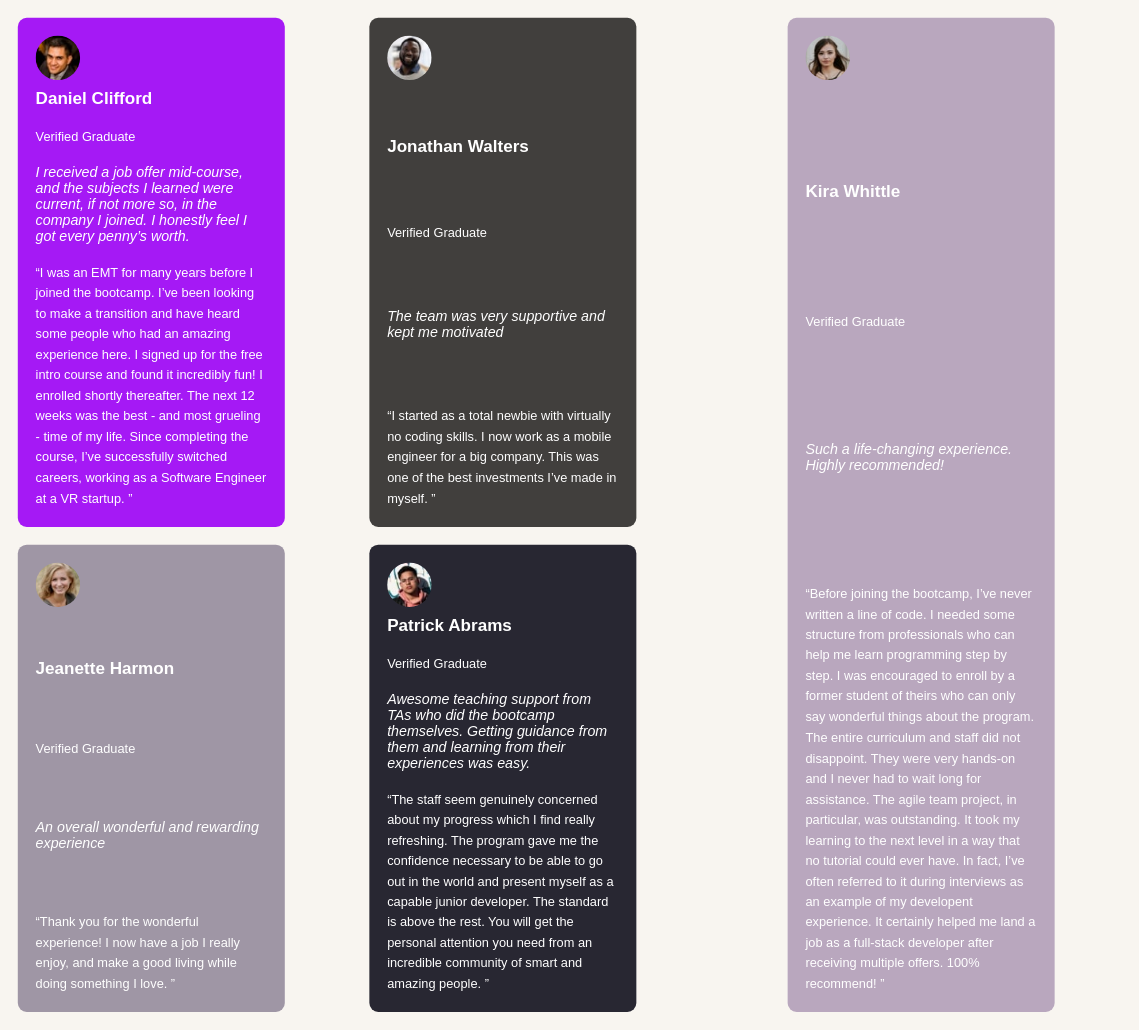
Repository: MagedElRefaey/Grid-Project
Page: Task.html
These files come from the project's save history. The page is drawn as it stood at one moment and after a run of saves; the edit follows.
The browser window is 1280 px wide. The pictures show the whole page, at 89% of full size.

Above is the page before, as saved 2024-09-13 23:09:50.

After the next 2 saves:
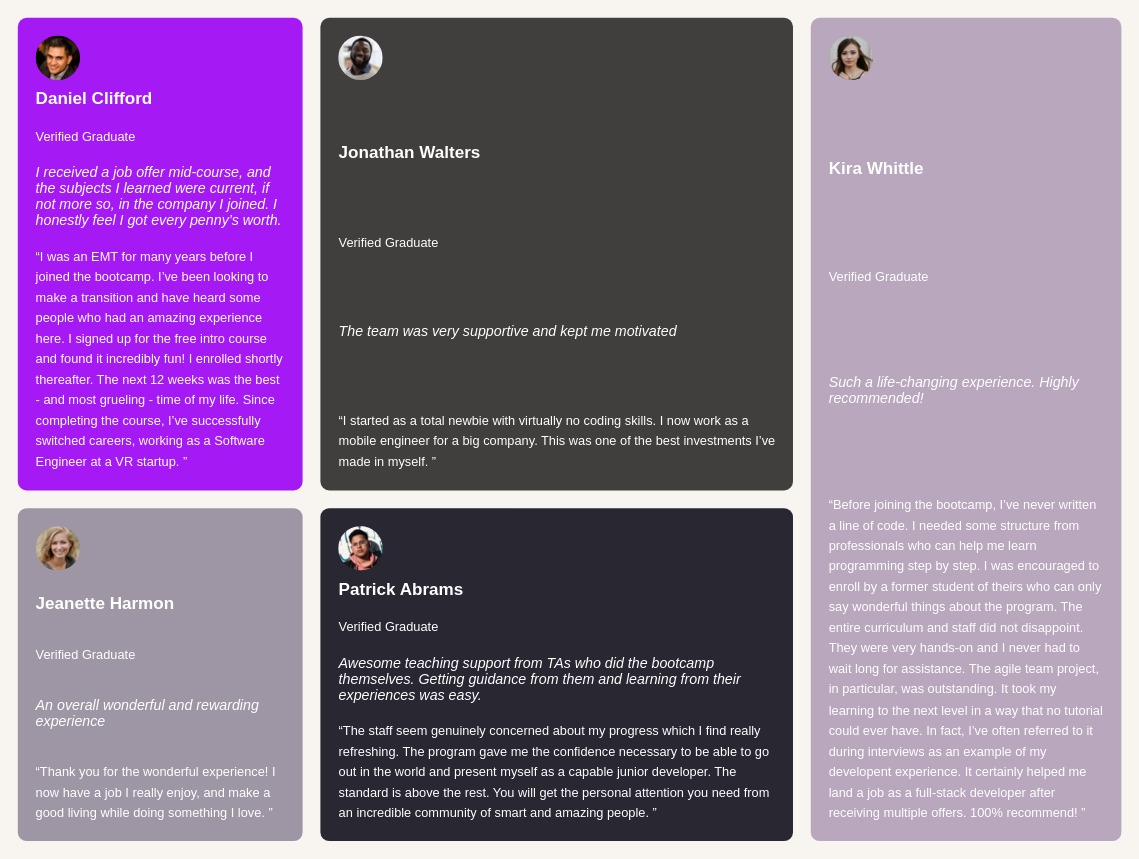
The 2 saves are shown as one change because they came seconds apart.
The last was saved 22 s later.
--- a/Style.css
+++ b/Style.css
@@ -17,9 +17,7 @@
     gap: 20px;
 }
 .Card{
-    width: 100%;
-    max-width: 300px;
-    height: auto;
+
     padding: 20px;
     border-radius: 10px;
     color: white;
@@ -28,7 +26,6 @@
     justify-content: space-between;
     align-items: start;
     width: 100%;
-    max-width: 300px;
     gap: 10px;
 }
 .Card img{

After the 2 saves that followed:
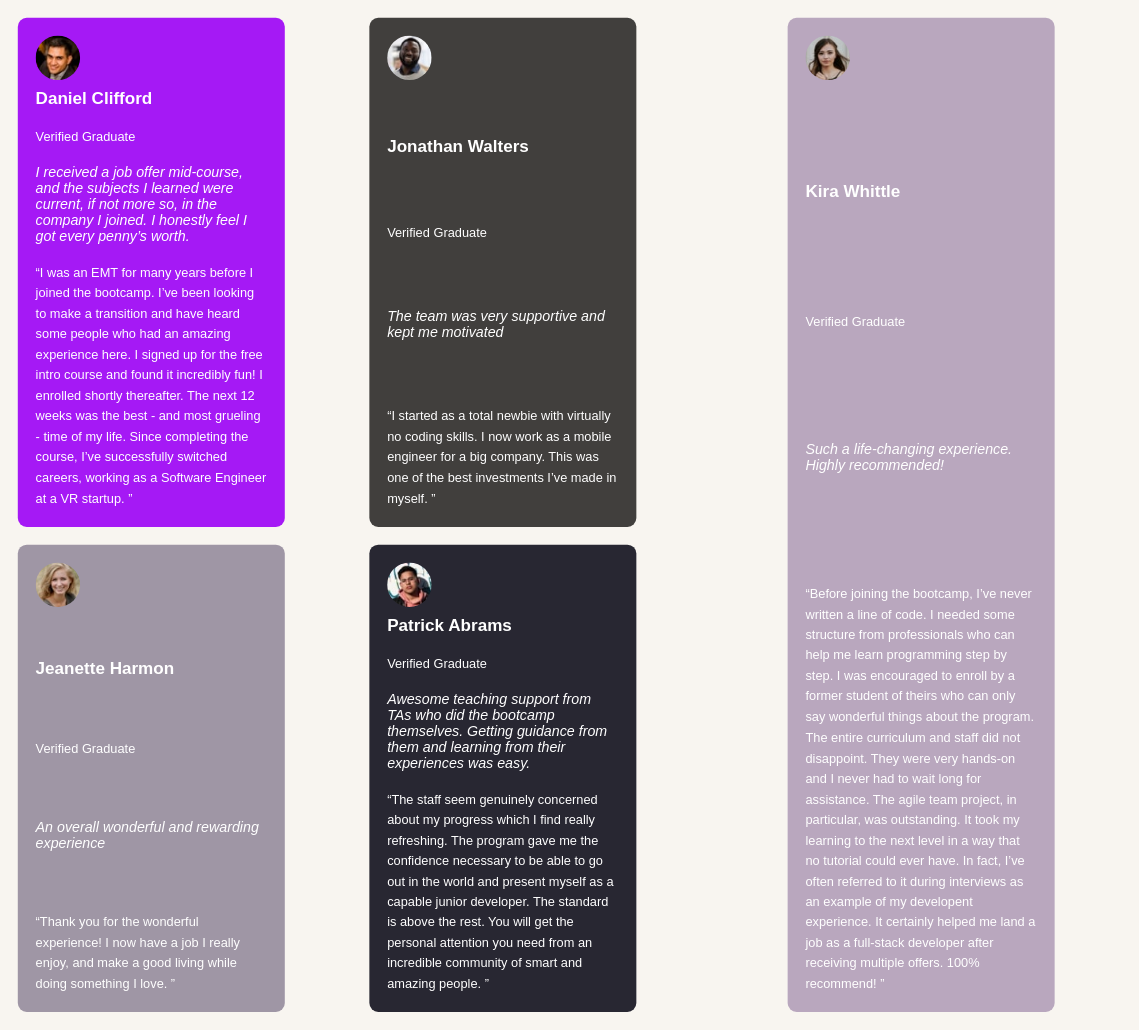
The 2 saves are shown as one change because they came seconds apart.
The last was saved 29 s later.
--- a/Style.css
+++ b/Style.css
@@ -17,7 +17,9 @@
     gap: 20px;
 }
 .Card{
-
+    width: 100%;
+    max-width: 300px;
+    height: auto;
     padding: 20px;
     border-radius: 10px;
     color: white;
